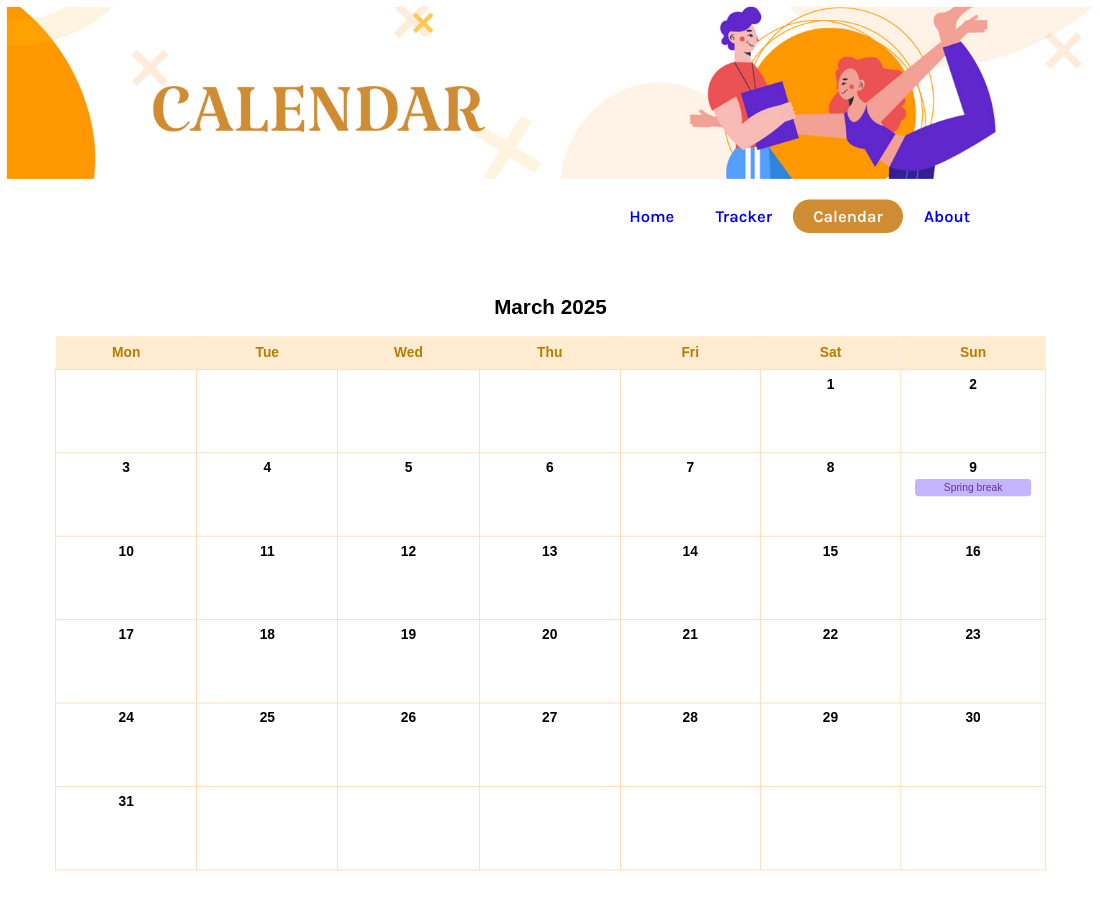
Repository: SandyLy453/habit-tracker
Page: http://localhost/calendar?month=1&year=2025
These files come from the project's save history. The page is drawn as it stood at one moment and after the next save; the edit follows.
The browser window is 1280 px wide. The pictures show the whole page, at 86% of full size.
The page is served by the project's Node server (server.js).

Above is the page before, as saved 2025-03-16 17:27:23.

### views/pages/calendar.ejs
<!DOCTYPE html>
<html lang="en">
<head>
    <meta charset="UTF-8">
    <meta name="viewport" content="width=device-width, initial-scale=1.0">
    <link rel="stylesheet" href="/styles.css">
    <link rel="preconnect" href="https://fonts.googleapis.com">
    <link rel="preconnect" href="https://fonts.gstatic.com" crossorigin>
    <link href="https://fonts.googleapis.com/css2?family=Karla:ital,wght@0,200..800;1,200..800&family=Roboto:ital,wght@0,100..900;1,100..900&display=swap" rel="stylesheet">
</head>
<body>
    <%- include('../partials/header', { activePage: 'calendar' }) %>

  <div class="calendar-container">
    <div class="calendar-nav">
      <h2 id="month-year">
        <%= new Date(currentYear, currentMonth).toLocaleString('default', { month: 'long', year: 'numeric' }) %>
      </h2>
    </div>

    <table class="calendar-table">
      <thead>
        <tr>
          <th>Mon</th><th>Tue</th><th>Wed</th><th>Thu</th><th>Fri</th><th>Sat</th><th>Sun</th>
        </tr>
      </thead>
      <tbody>
        <%
          const firstDay = new Date(currentYear, currentMonth, 1);
          const firstDayIndex = (firstDay.getDay() + 6) % 7;
          const daysInMonth = new Date(currentYear, currentMonth + 1, 0).getDate();
          let dateCount = 1;

          for (let i = 0; i < 6; i++) { %>
          <tr>
            <% for (let j = 0; j < 7; j++) { %>
              <% if ((i === 0 && j < firstDayIndex) || dateCount > daysInMonth) { %>
                <td></td>
              <% } else { %>
                <td class="calendar-day">
                  <span class="date-number"><%= dateCount %></span>
                  <% if (currentMonth === 2 && dateCount === 9) { %>
                    <div class="event">Spring break</div>
                  <% } %>
                </td>
                <% dateCount++; %>
              <% } %>
            <% } %>
          </tr>
        <% } %>
      </tbody>
    </table>
  </div>

</body>
</html>

### views/partials/header.ejs
<!DOCTYPE html>
<html lang="en">
<head>
    <meta charset="UTF-8">
    <meta name="viewport" content="width=device-width, initial-scale=1.0">
    <title>
        <%= typeof title != 'undefined' ? title : 'Page Title' %>
    </title>
    <link rel="stylesheet" href="/styles.css">
    <link rel="preconnect" href="https://fonts.googleapis.com">
    <link rel="preconnect" href="https://fonts.gstatic.com" crossorigin>
    <link href="https://fonts.googleapis.com/css2?family=Karla:ital,wght@0,200..800;1,200..800&family=Roboto:ital,wght@0,100..900;1,100..900&display=swap" rel="stylesheet">
</head>
<body>
    <header>
        <div class="header_container">
            <img src="<%= activePage === 'home' ? '/images/home_banner.png' : activePage === 'tracker' ? '/images/tracker_banner.png' : activePage === 'calendar' ? '/images/calendar_banner.png' : '/images/about_banner.png' %>" alt="Banner Images"/>
            <ul class="header">
                <li><a href="/" class="header_items <%= activePage === 'home' ? 'highlight' : '' %>">Home</a></li>
                <li><a href="/tracker" class="header_items <%= activePage === 'tracker' ? 'highlight' : '' %>">Tracker</a></li>
                <li><a href="/calendar" class="header_items <%= activePage === 'calendar' ? 'highlight' : '' %>">Calendar</a></li>
                <li><a href="/about" class="header_items <%= activePage === 'about' ? 'highlight' : '' %>">About</a></li>
              </ul>
        </div>
    </header>
</body>
</html>

### server.js
import pg from 'pg';
import express from 'express';
import bodyParser from 'body-parser';
import dotenv from 'dotenv';
import path from 'path';
import { fileURLToPath } from 'url';

const __filename = fileURLToPath(import.meta.url);
const __dirname = path.dirname(__filename);

dotenv.config();

// Database setup
const db = new pg.Client({
  user: process.env.DB_USER,
  host: process.env.DB_HOST,
  database: process.env.DB_DATABASE,
  password: process.env.DB_PASSWORD,
  port: process.env.DB_PORT,
});

db.connect()
  .then(() => {
    console.log('Connected to the database');
  })
  .catch(err => {
    console.error('Database connection error:', err.stack);
});

const app = express();
const port = 3000;

app.set('views', path.join(__dirname, 'views'));

// Middleware
app.use(bodyParser.urlencoded({ extended: true }));
app.use(express.static('public'));  // Serve static files from the public folder
app.set('view engine', 'ejs');

// Routes
app.get('/', (req, res) => {
  res.render('pages/home', {
    title: "Personal Habit Tracker",
    activePage: 'home',
    paragraph: "Track your progress today for better habits."
  });
});

app.get('/tracker', (req, res) => {
  res.render('pages/tracker', {
    title: "My Habits Tracker",
    activePage: 'tracker',
    paragraph: " "
  });
});

app.get('/calendar', (req, res) => {
  const currentDate = new Date();
  res.render('pages/calendar', {
    title: "Calendar",
    activePage: 'calendar',
    currentMonth: currentDate.getMonth(),
    currentYear: currentDate.getFullYear(),
  });
});

app.get('/about', (req, res) => {
  res.render('pages/about', {
    title: "About",
    activePage: 'about',
  });
});

app.listen(port, () => {
  console.log(`App listening at port ${port}`);
});

### public/styles.css
:root {
    --header-font: "Karla", sans-serif;
    --heading-font: "Lora", serif;

    --font-styles-bold: 600;
    --font-styles-regular: 400;
    --header-large: 1.2rem;
    --page-heading: 2.5rem;
    --page-details: 1.1rem;

    --card-status-inProgress: #CF8C33;
    --card-paragraph: #4A4A4A;
    --card-status-done: #03a903;

    --schedules-reading: #FFCF90;
    --schedules-running: #B2ABEA;
    --schedules-drawing: #E0F1FF;
    --schedules-meditation: #FFDDE9;
    --event-backgroundColor: #FFF7EC;

    --numDays: 5;
    --numHours: 10;
    --timeHeight: 60px;
}

body {
    font-family: Arial, sans-serif;
    text-align: center;
}

input, button {
    margin: 5px;
    padding: 8px;
}

/* Header */
.header_container img {
    margin: 0;
    padding: 0;
    display: block;
    width: 100%;
    height: 100%;
    object-fit: cover;
}

.header {
    display: flex;
    flex-direction: row;
    justify-content:flex-end;
    list-style: none;
    margin: 2rem 120px;
    font-family: var(--header-font);
    font-weight: var(--font-styles-bold);
    font-size: var(--header-large);
}

.header_items {
    text-decoration: none;
    padding: .5rem 1.5rem;
    border-radius: 20px;
}

.header_items.highlight {
    color: white;
    background-color: var(--card-status-inProgress);
}

/* Home Page */
.heading_section {
    text-align: left;
    margin: 6rem 120px 4rem 120px;
}

.heading_section h1 {
    font-family: var(--heading-font);
    font-weight: var(--font-styles-regular);
    font-size: var(--page-heading);
    margin-bottom: 0;
}

.heading_section p {
    font-size: var(--page-details);
    margin-top: .5rem;
    font-style: italic;
}

.main_content {
    display: flex;
    flex-direction: row;
    margin: 0 120px 7rem 120px;
    gap: 2rem;
    text-align: left;
    align-items: flex-start;
}

/* Home Page Cards */

.cards_section {
    width: 50%;
    display: flex;
    flex-direction: column;
    justify-content: flex-start;
    padding: 0;
}

.cards_section h2,
.schedules_section h2 {
    font-family: var(--heading-font);
}

.cards {
    display: flex;
    flex-direction: row;
    flex-wrap: wrap;
    gap: 20px;
}

.card {
    position: relative;
    background-color: white;
    border-radius: 8px;
    border: 2px solid #D8D8D8;
    padding: 15px;
    width: 240px;
    height: 180px;
    text-align: left;
    overflow: hidden;
}

.card img {
    width: 100%;
    height: 100px;
    object-fit: cover;
    position: absolute;
    overflow: hidden;
    top: 0;
    left: 0;
    right: 0;
}

.habit {
    position: relative;
    display: flex;
    flex-direction: row;
    margin-bottom: 15px;
    justify-content: space-between;
    top: 6.5rem;
}

.habit h3 {
    margin: 0;
    font-size: 16px;
}

.habit p {
    margin: 5px 0;
    font-size: 14px;
    color: var(--card-paragraph);
}

.status {
    font-weight: bold;
}

.status.in-progress {
    color: var(--card-status-inProgress);
}

.status.done {
    color: var(--card-status-done);
}

/* Calendar */

.schedules_section {
    width: 50%;
    display: flex;
    flex-direction: column;
}

.calendar {
    display: grid;
    gap: 10px;
    grid-template-columns: auto 1fr;
}

.timeline {
    display: grid;
    grid-template-rows: repeat(var(--numHours), var(--timeHeight));
}

.days {
    display: grid;
    grid-column: 2;
    gap: 5px;
    grid-template-columns: repeat(auto-fit, minmax(100px, 1fr));
}

.events {
    display: grid;
    grid-template-rows: repeat(var(--numHours), var(--timeHeight));
    border-radius: 5px;
    background: var(--event-backgroundColor);
}

.start-10 {
    grid-row-start: 2;
}

.start-12 {
    grid-row-start: 3;
}

.start-1 {
    grid-row-start: 5;
}

.start-2 {
    grid-row-start: 6;
}

.end-12 {
    grid-row-end: 4;
}

.end-1 {
    grid-row-end: 5;
}

.end-3 {
    grid-row-end: 7;
}

.end-4 {
    grid-row-end: 8;
}

.end-5 {
    grid-row-end: 9;
}

.title {
    font-weight: 600;
    margin-bottom: 0.1rem;
}

.event {
    border: 1px solid var(--eventBorderColor);
    border-radius: 5px;
    padding: 0.5rem;
    margin: 0 0.5rem;
    background: white;
}

.events p {
    font-size: 14px;
}

.space,
.date {
    height: 60px
}

body {
    font-family: system-ui, sans-serif;
}

.running {
    background: var(--schedules-running);
}

.drawing {
    background: var(--schedules-drawing);
}

.meditation {
    background: var(--schedules-meditation);
}

.reading {
    background: var(--schedules-reading);
}

.date {
    display: flex;
    gap: 1em;
}

.date-day {
    display: inline;
    font-size: var(--page-details);
}

.calendar-container {
    font-family: Arial, sans-serif;
    margin: 40px auto;
    max-width: 90vw;
    padding: 20px;
}

.calendar-header {
    background-color: #ffe5b4;
    padding: 20px;
    border-radius: 12px 12px 0 0;
    text-align: center;
    color: #c17a00;
}

.calendar-nav {
    text-align: center;
    margin: 20px;
}

.calendar-table {
    width: 100%;
    border-collapse: collapse;
    border-radius: 30px;
}

.calendar-table th {
    background-color: #ffecd1;
    color: #b87b00;
    padding: 10px;
}

.calendar-table td {
    border: 1px solid #ffdab3;
    width: calc(90vw/7);
    height: 80px;
    vertical-align: top;
    padding: 8px;
}

.date-number {
    font-weight: bold;
    text-align: right;
    width: 100%;
}

.event {
    background-color: #c4b5ff;
    color: #663399;
    font-size: 0.75rem;
    padding: 3px 6px;
    border-radius: 4px;
    margin-top: 4px;
}

.month-year {
    color: #CF8C33;
    font-family: 'Katibeh', cursive;
    font-size: 96px;
    font-style: normal;
    font-weight: 400;
    line-height: 100px;
  }

After the next save:
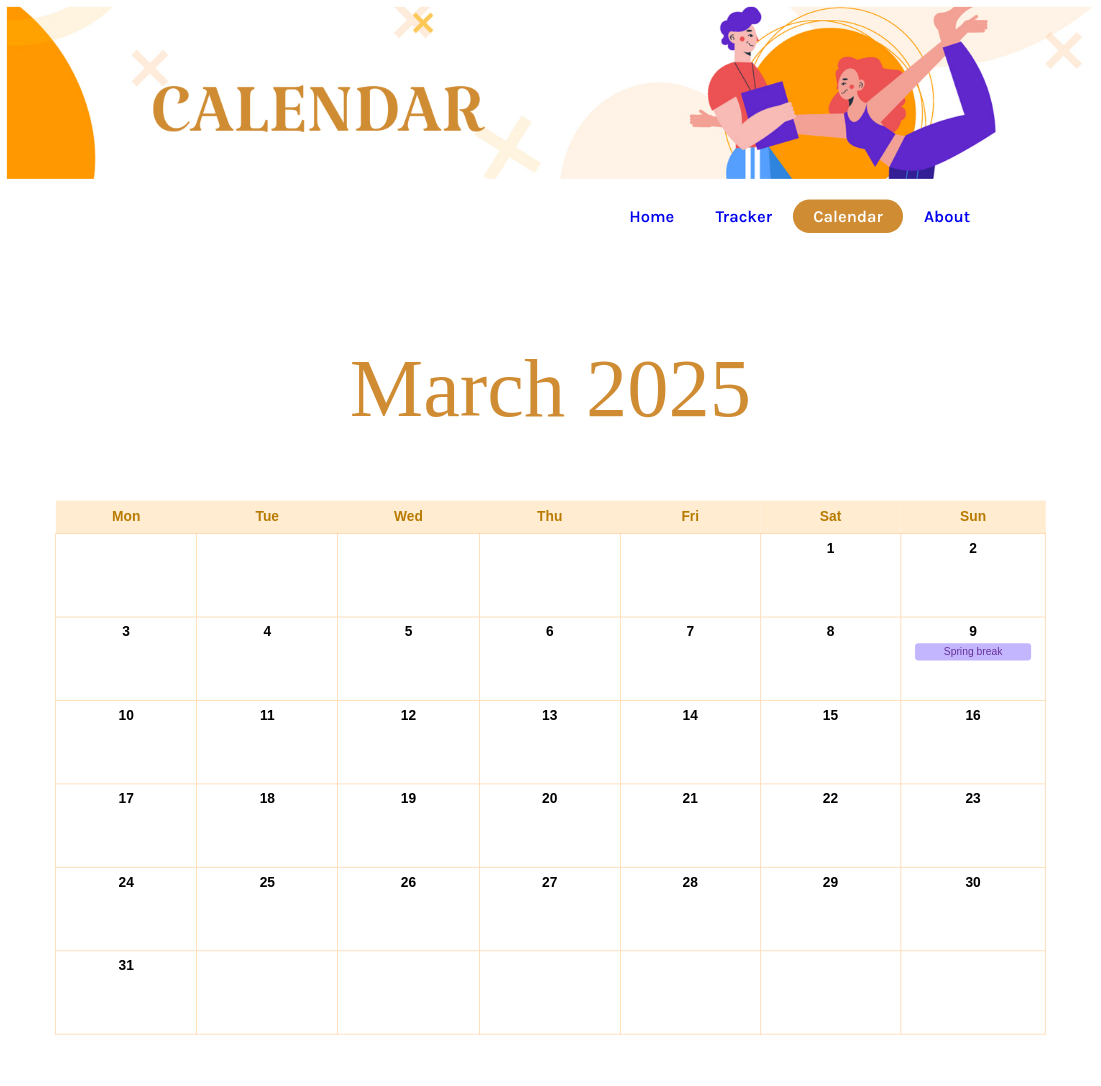
Saved 33 s later.
--- a/public/styles.css
+++ b/public/styles.css
@@ -346,7 +346,7 @@ body {
     margin-top: 4px;
 }
 
-.month-year {
+#month-year {
     color: #CF8C33;
     font-family: 'Katibeh', cursive;
     font-size: 96px;
